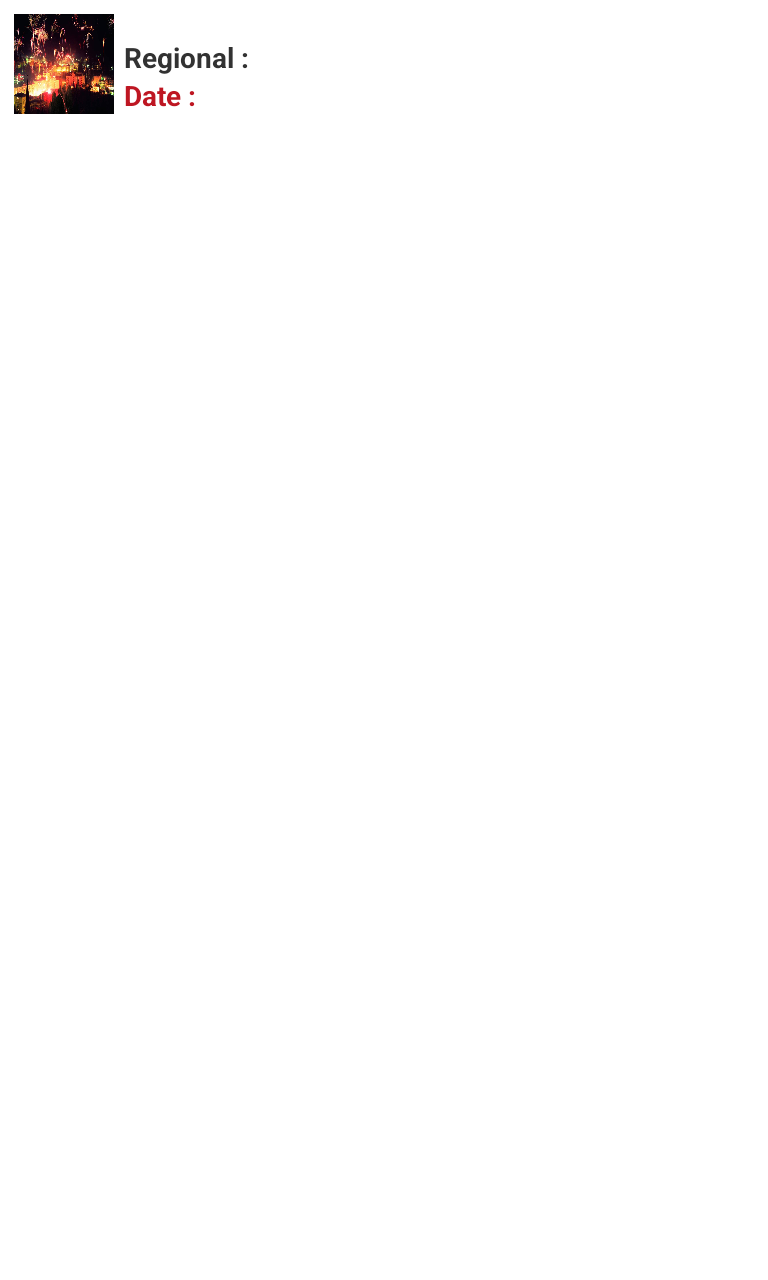
Repository: galihandy/chessboard
Layout: ArsenalIndonesia/res/layout/list_feature_item.xml
An editor plug-in stored every save of this project. The layout is shown before and after the next save, followed by the edit.
It is drawn on a 768 x 1280 px phone screen (xhdpi) without system bars, with theme android:Theme.Light.NoTitleBar; the app's code is not run.

Above is the layout before, as saved 2013-02-16 06:42:57.

After the next save:
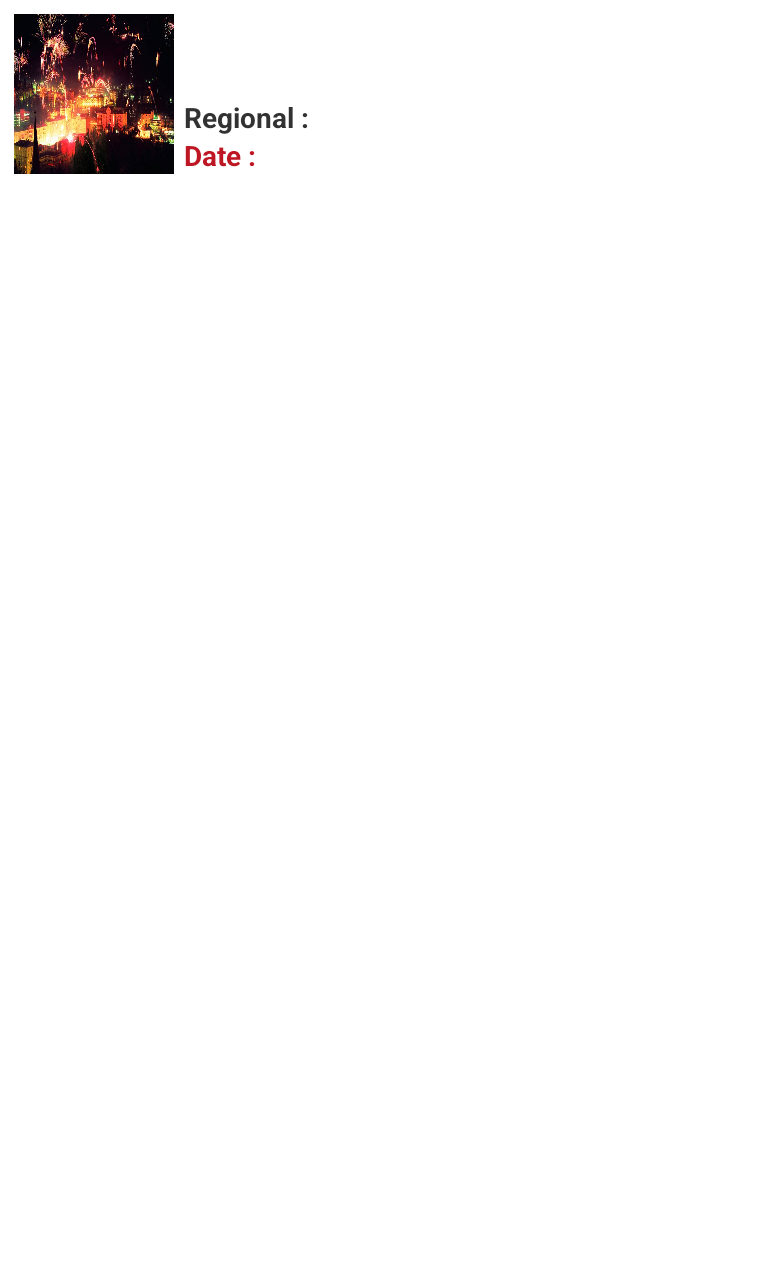
Saved 11 min 54 s later.
--- a/ArsenalIndonesia/res/layout/list_feature_item.xml
+++ b/ArsenalIndonesia/res/layout/list_feature_item.xml
@@ -10,8 +10,8 @@
 
     <ImageView
         android:id="@+id/event_image"
-        android:layout_width="50dip"
-        android:layout_height="50dip"
+        android:layout_width="80dip"
+        android:layout_height="80dip"
         android:layout_alignParentLeft="true"
         android:background="@drawable/event"
         android:paddingBottom="10dip"
